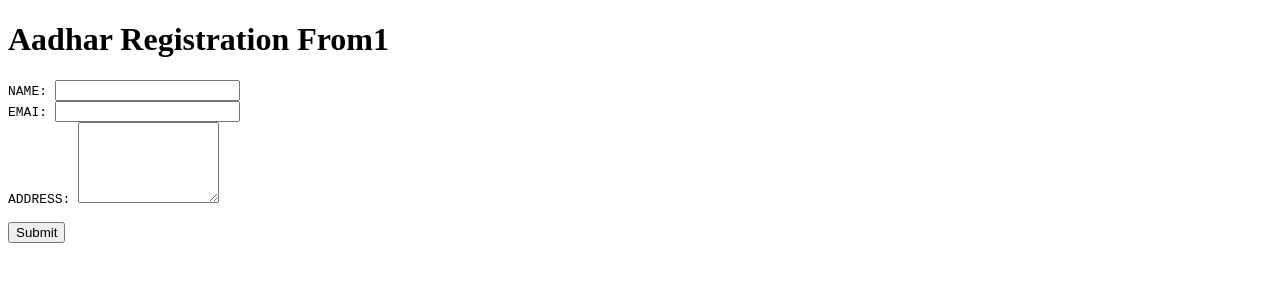
Repository: somakbha/CodeBackUP
Page: J2EE-Practice/RequestDispatcher-Inclusion/WebContent/form1.html
The author's editor kept a copy of each file at every save. The page is drawn from the files as they stood at one save, then again after the next save.
The browser window is 1280 px wide. The pictures show the whole page.

Above is the page before, as saved 2019-06-01 19:03:50.

### J2EE-Practice/RequestDispatcher-Inclusion/WebContent/form1.html
<!DOCTYPE html>
<html>
<head>
<meta charset="UTF-8">
<title>Aadhar registration</title>
</head>
<body>
	<h1>Aadhar Registration From1</h1>
	<form action="./reg">
		<pre>
NAME: <input type="text" name="name">
EMAI: <input type="text" name="emal">
ADDRESS: <textarea rows="5" cols="15" name="address"></textarea>

<input type="submit" name="submit">
</pre>
	</form>

</body>
</html>

After the next save:
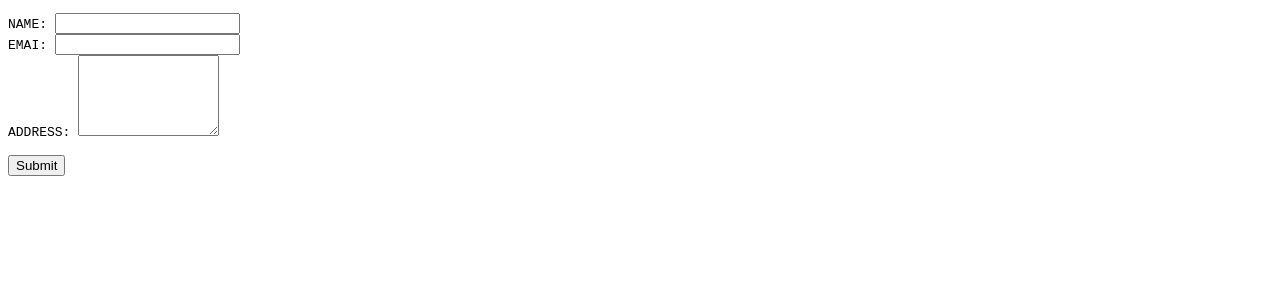
Saved 35 s later.
--- a/J2EE-Practice/RequestDispatcher-Inclusion/WebContent/form1.html
+++ b/J2EE-Practice/RequestDispatcher-Inclusion/WebContent/form1.html
@@ -2,10 +2,10 @@
 <html>
 <head>
 <meta charset="UTF-8">
-<title>Aadhar registration</title>
+<title>Servlet-to-Servlet-Communication</title>
 </head>
 <body>
-	<h1>Aadhar Registration From1</h1>
+
 	<form action="./reg">
 		<pre>
 NAME: <input type="text" name="name">
